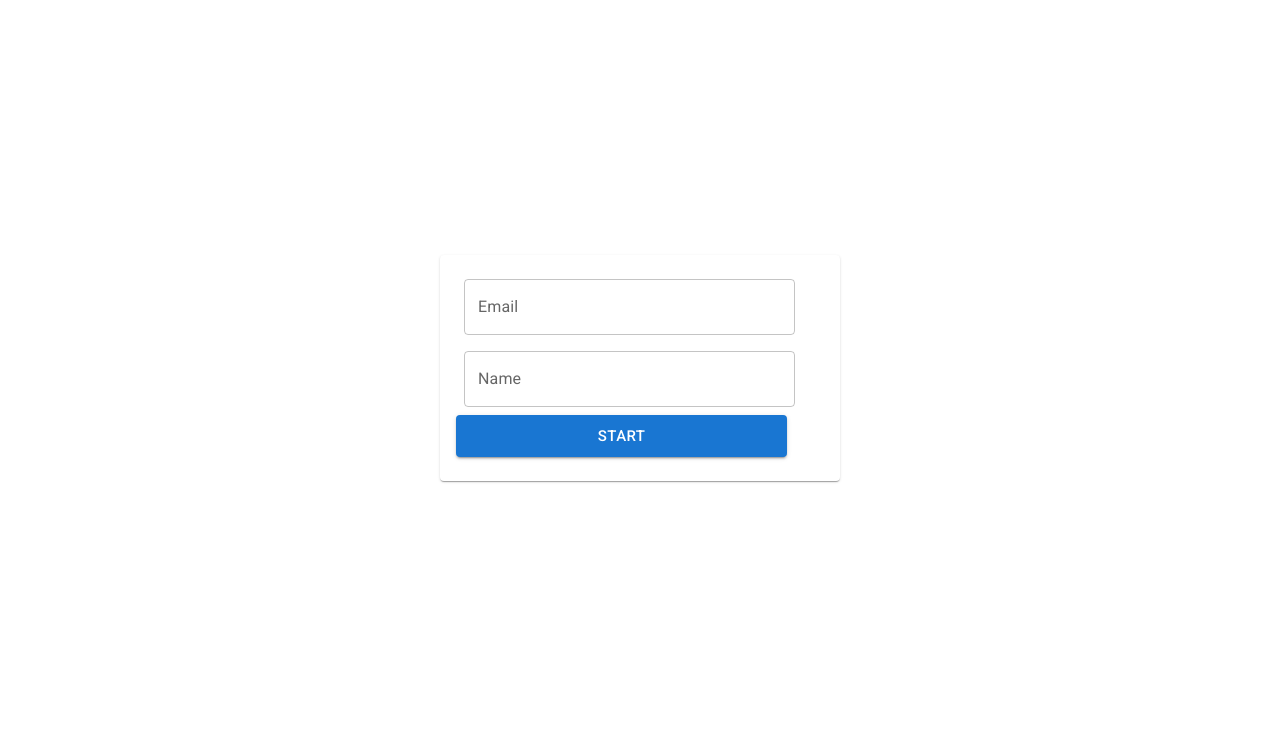
Repository: shikubro90/Quiz-App-React
Page: /
The author's editor kept a copy of each file at every save. The page is drawn from the files as they stood at one save, then again after a run of saves.
The browser window is 1280 px wide. The pictures show the whole page.
The project was rebuilt for these pictures with package versions that can differ from the ones it lists, and the page was loaded fresh each time. Also part of the build but not shown: src/index.css, src/App.css.

Above is the page before, as saved 2022-06-25 01:56:22.

### src/App.js
import './App.css';
import Login from './components/Login';

function App() {
  return (
    <>
      <Login/>
    </>

  );
}

export default App;

### src/components/Login.jsx
import React from 'react';
import {Box, Button, Card, CardContent} from '@mui/material'
import { TextField } from '@mui/material';
import Center from './Center'

const Login = () => {
    return (
        <Center>
            <Card
            sx={{width: "400px", display : "flex", }}>
                <CardContent>
                    <Box sx={{
                        '& .MuiTextField-root' : {
                            m:1,
                            width: "90%"
                        }
                    }}>
                        <form noValidate>
                            <TextField
                            label="Email"
                            name="email"
                            variant='outlined'
                            />

                            <TextField
                            label="Name"
                            name="name"
                            variant='outlined'
                            />

                            <Button sx={{width: "90%"}}
                            type='submit'
                            variant='contained'
                            size='large'
                            >Start</Button>

                        </form>
                    </Box>
                </CardContent>
            </Card>
        </Center>
    );
};

export default Login;

### src/components/Center.jsx
import { Grid } from '@mui/material'
import React from 'react'

const Center = (props) => {
  return (
    <Grid
    container
    direction="column"
    alignItems ="center"
    justifyContent="center"
    sx={{minHeight : '100vh'}}>
        <Grid item sx={1}>
            {props.children}
        </Grid>
    </Grid>
  )
}

export default Center

Loaded but not shown: public/index.html (common file); src/index.js (common file); src/reportWebVitals.js (common file)

After the next 5 saves:
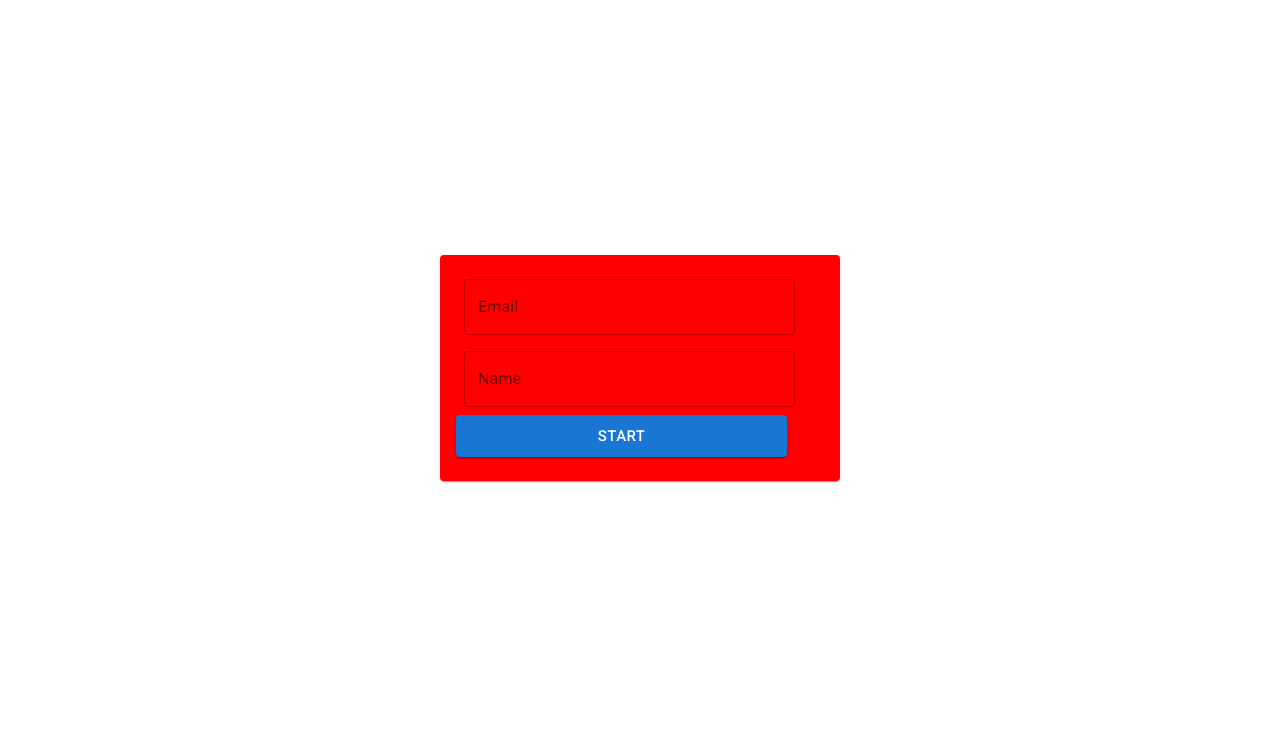
The 5 saves are shown as one change because they came seconds apart.
The last was saved 17 s later.
--- a/src/components/Login.jsx
+++ b/src/components/Login.jsx
@@ -7,7 +7,7 @@
     return (
         <Center>
             <Card
-            sx={{width: "400px", display : "flex", }}>
+            sx={{width: "400px", display : "flex", background : "red"}}>
                 <CardContent>
                     <Box sx={{
                         '& .MuiTextField-root' : {

After the 2 saves that followed:
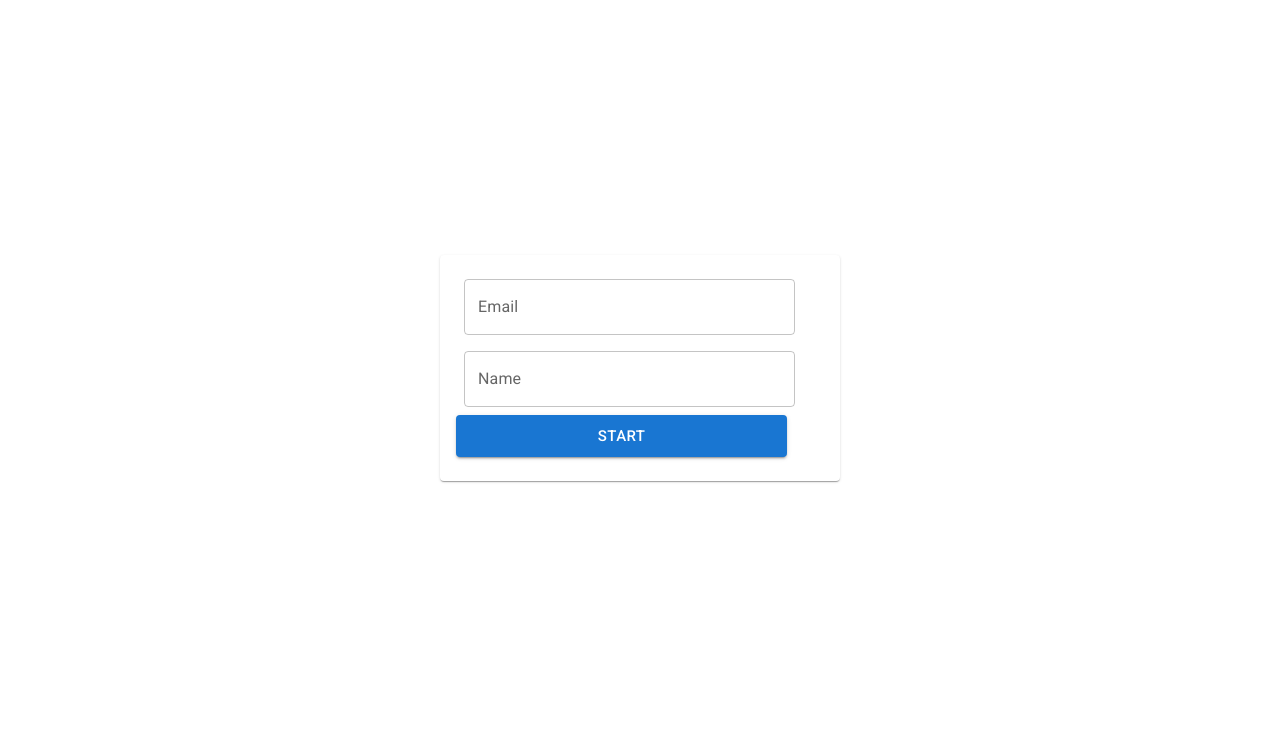
The 2 saves are shown as one change because they came seconds apart.
The last was saved 6 s later.
--- a/src/components/Login.jsx
+++ b/src/components/Login.jsx
@@ -7,7 +7,7 @@
     return (
         <Center>
             <Card
-            sx={{width: "400px", display : "flex", background : "red"}}>
+            sx={{width: "400px", display : "flex", }}>
                 <CardContent>
                     <Box sx={{
                         '& .MuiTextField-root' : {
